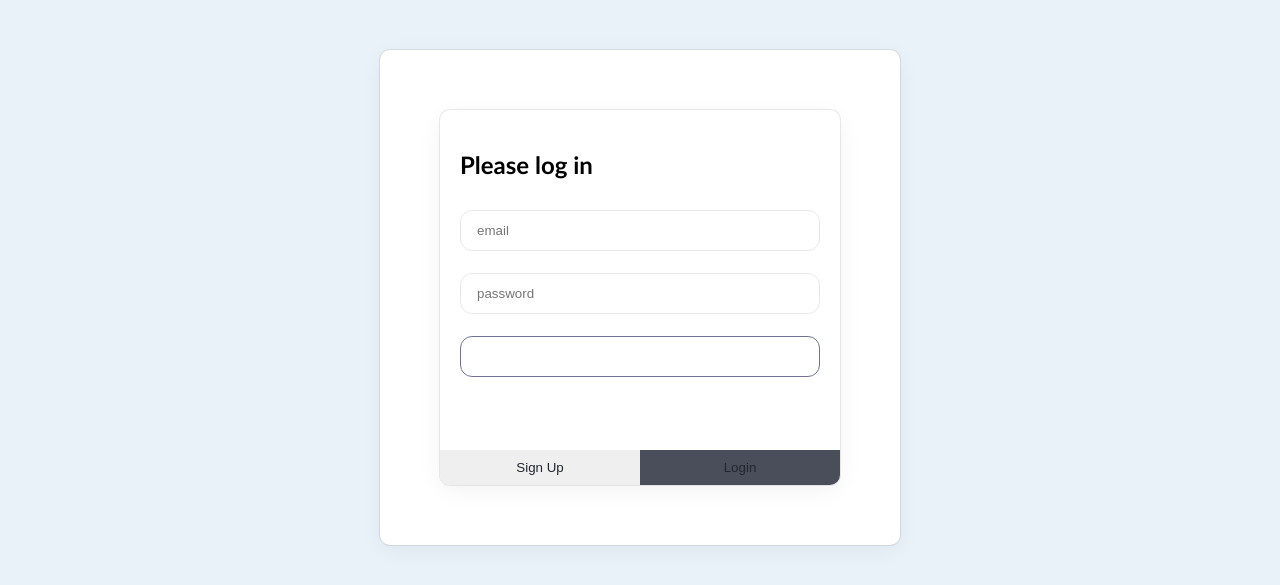
Repository: mosesvk/_todo
Page: / (app in client/)
The author's editor kept a copy of each file at every save. The page is drawn from the files as they stood at one save, then again after the next save.
The browser window is 1280 px wide. The pictures show the whole page.
The project was rebuilt for these pictures with package versions that can differ from the ones it lists, and the page was loaded fresh each time. Also part of the build but not shown: client/vite.config.js, client/src/components/Modal.jsx, client/src/components/ListHeader.jsx, client/src/components/ProgressBar.jsx, client/src/components/ListItem.jsx. Imported but missing from the stored project, and not drawn on this page: client/src/components/TickIcon.

Above is the page before, as saved 2023-05-11 12:35:33.

### client/src/App.jsx
import { useState, useEffect } from 'react';
import ListHeader from './components/ListHeader';
import ListItem from './components/ListItem';
import Auth from './components/Auth';
import { useCookies } from 'react-cookie';
import axios from 'axios';

const App = () => {
  const [cookies, setCookie, removeCookie] = useCookies(null);
  const authToken = cookies.AuthToken;
  const userEmail = cookies.Email;
  const [tasks, setTasks] = useState(null);

  console.log(cookies)

  const getData = async () => {
    try {
      const response = await axios.get(`${import.meta.env.VITE_SERVER_URL}/${userEmail}`);
      const json = await response.json();
      setTasks(json);
    } catch (err) {
      console.error(err);
    }
  };

  useEffect(() => {
    if (authToken) getData();
  }, []);

  const sortedTasks = tasks?.sort(
    (a, b) => new Date(a.date) - new Date(b.date)
  );

  return (
    <div className='app'>
      {authToken ? (
        <>
          <ListHeader listName='Todo List' getData={getData} />
          {sortedTasks?.map((task) => (
            <ListItem key={task.id} task={task} getData={getData} />
          ))}
        </>
      ) : (
        <Auth />
      )}
    </div>
  );
};

export default App;

### client/src/index.css
body {
  margin: 0;
  padding: 0;
  background-color: #e9f1f9;
  display: flex;
  justify-content: center;
  font-family: 'Trebuchet MS', Arial, sans-serif;
}

.app {
  background-color: #ffffff;
  box-shadow: #0000000d 0 6px 24px, #00000014 0 0 0 1px;
  border-radius: 10px;
  padding: 10px;
  width: 500px;
  margin: 50px;
}

.button-container,
.info-container {
  display: flex;
  align-items: center;
}

.button-container button {
  margin: 0 5px;
  padding: 5px 10px;
  font-size: 10px;
  border-radius: 12px;
  background-color: transparent;
  cursor: pointer;
}


.edit {
    border: 1.5px solid #8db591;
    color: #8db591;
    text-transform: uppercase;
}

.edit:hover {
    background-color: #b6dfba;
}

.edit:active {
    border: 1.5px solid rgb(141, 181, 145);
    color: rgb(255, 255, 255);
    background-color: rgb(141, 181, 145);
}

.delete {
    border: 1.5px solid rgb(255, 175, 163);
    color: rgb(255, 175, 163);
    text-transform: uppercase;
}

.delete:hover {
    background-color: rgb(255, 201, 193);
}

.delete:active {
    background-color: rgb(255, 175, 163);
    color: rgb(255, 255, 255);
}

.create {
    border: 1.5px solid rgb(108, 115, 148);
    color: rgb(108, 115, 148);
    text-transform: uppercase;
}

.create:hover {
    background-color: rgb(131, 138, 172);
}

.create:active {
    background-color: rgb(108, 115, 148);
    color: rgb(255, 255, 255);
}

.signout {
    border: 1.5px solid rgb(255, 175, 163);
    background-color: rgb(255, 175, 163);
    color: rgb(234, 234, 234);
}

.signout:hover {
    background-color: rgb(175, 94 , 94) !important;
    border: 1.5px solid rgb(175, 94, 94);
}

.signout:active {
    border: 1.5px solid rgb(175, 81, 81);
    background-color: 1.5px solid rgb(175, 81, 81);
    color: rgb(255, 255, 255)
}


input {
    margin: 11px 0;
    padding: 12px 16px;
    border-radius: 12px;
    border: 1.5px solid rgb(230, 232, 236)
}


/* List Header  */

.list-header {
  width: 100%;
  display: flex;
  justify-content: space-between;
  border-bottom: #0000000d 1px solid;
}

.list-item {
  width: 100%;
  margin: 10px 0;
  border-radius: 10px;
  box-shadow: #00000014 0 0 0 1px;
  display: flex;
  justify-content: space-between;
}

.check {
  stroke: '#5dac83' !important;
  margin-right: 10px;
}


/* Modal  */

.overlay {
    position: absolute;
    left: 0;
    top: 0;
    width: 100vw;
    height: 100vh;
    background-color: rgba(0, 0, 0, 0.5);
    display: flex;
    justify-content: center;
    align-items: center;
}

.modal {
    width: 500px;
    background-color: rgb(255, 255, 255);
    padding: 40px;
    border-radius: 10px;
    box-shadow: rgba(0, 0, 0, 0.05) 0 6px 24px 0, rgba(0, 0, 0, 0.08) 0 0 0 1px;
}

.modal .form-title-container {
    display: flex;
    justify-content: space-between;
}

.modal .form-title-container button {
    border: none;
    background-color: transparent;
}

.modal .form-title-container button:active {
    color: rgb(255, 50, 50)
}

.modal form {
    display: flex;
    flex-direction: column;
}

.modal label {
    font-size: 13px
}


/* Auth */

.auth-container {
    display: flex;
    justify-content: center;
    margin: 50px;
}

.auth-container-box {
    width: 500px;
    border-radius: 10px;
    overflow: hidden;
    box-shadow: rgba(0,0,0,0.05) 0 6px 24px, rgba(0,0,0,0.08) 0 0 0 1px;
}

.auth-container-box form {
    display: flex;
    flex-direction: column;
    height: 300px;
    padding: 20px;
}

.auth-options {
    display: flex;
}

.auth-options button {
    width: 50%;
    border: none;
    padding: 10px;
    color: rgb(35, 38, 47)
}

.auth-options-highlighted {
    background-color:  rgb(74, 78, 91);
    color:rgb(178, 220, 202)
}

### client/src/components/Auth.jsx
import axios from 'axios';
import { useState } from 'react';
import { useCookies } from 'react-cookie';

const Auth = () => {
  const [cookies, setCookie, removeCookie] = useCookies(null);
  const [isLogin, setIsLogin] = useState(true);
  const [email, setEmail] = useState(null);
  const [password, setPassword] = useState(null);
  const [confirmPassword, setConfirmPassword] = useState(null);
  const [error, setError] = useState(null);

  const viewLogin = (status) => {
    setError(null);
    setIsLogin(status);
  };

  const handleSubmit = async (event, endpoint) => {
    event.preventDefatult();

    if (!isLogin && password !== confirmPassword) {
      setError('Make sure passwords match');
      return;
    }

    try {
      const res = await axios.post(
        `${import.meta.env.VITE_SERVER_URL}/${endpoint}`,
        { email, password }
      );

      const data = await res.json();

      console.log(data);

      if (data.detail) {
        setError(data.detail);
      } else {
        setCookie('Email', data.email);
        setCookie('AuthToken', data.tokem);

        window.location.reload();
      }
    } catch (err) {
      console.error(err);
    }
  };

  return (
    <div className='auth-container'>
      <div className='auth-container-box'>
        <form>
          <h2>{isLogin ? 'Please log in' : 'Please sign up'}</h2>
          <input
            type='email'
            placeholder='email'
            onChange={(e) => setEmail(e.target.value)}
          />
          <input
            type='password'
            placeholder='password'
            onChange={(e) => setPassword(e.target.value)}
          />
          {!isLogin && (
            <input
              type='password'
              placeholder='confirm password'
              onChange={(e) => setConfirmPassword(e.target.value)}
            />
          )}
          <input
            // type='submit'
            className='create'
            onClick={(e) => handleSubmit(e, isLogin ? 'login' : 'signup')}
          />
          <p>{error}</p>
        </form>
        <div className='auth-options'>
          <button
            className={!isLogin ? 'auth-options-highlighted' : ''}
            onClick={() => viewLogin(false)}
          >
            Sign Up
          </button>
          <button
            className={isLogin ? 'auth-options-highlighted' : ''}
            onClick={() => viewLogin(true)}
          >
            Login
          </button>
        </div>
      </div>
    </div>
  );
};

export default Auth;

Loaded but not shown: client/index.html (common file); client/src/main.jsx (common file)

After the next save:
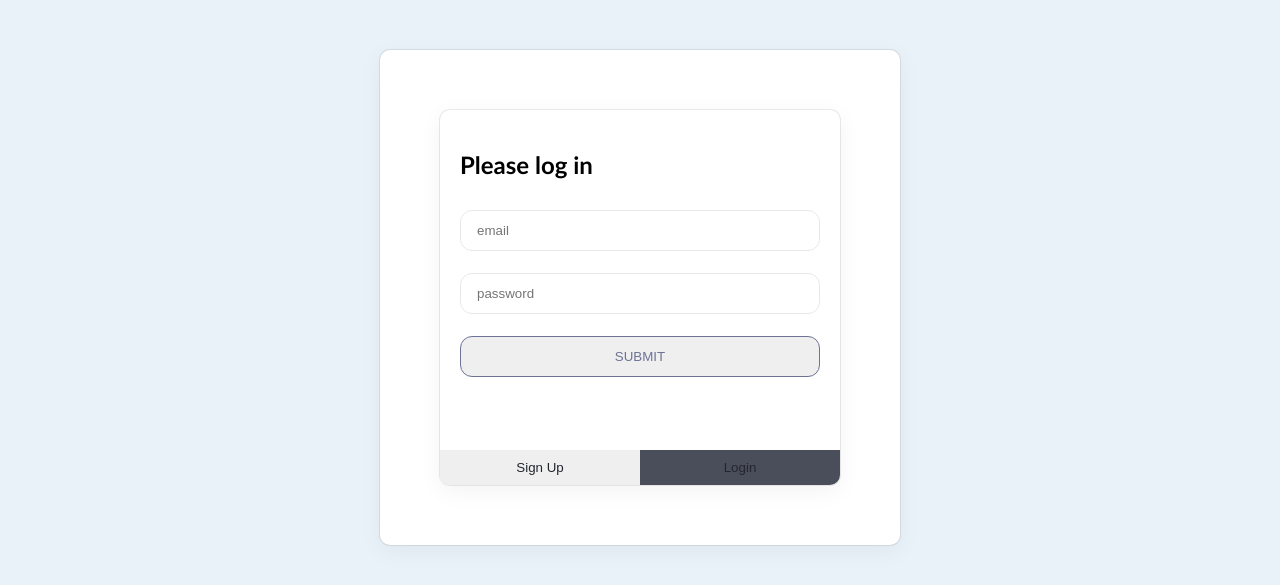
Saved 12 s later.
--- a/client/src/components/Auth.jsx
+++ b/client/src/components/Auth.jsx
@@ -69,7 +69,7 @@ const Auth = () => {
             />
           )}
           <input
-            // type='submit'
+            type='submit'
             className='create'
             onClick={(e) => handleSubmit(e, isLogin ? 'login' : 'signup')}
           />
